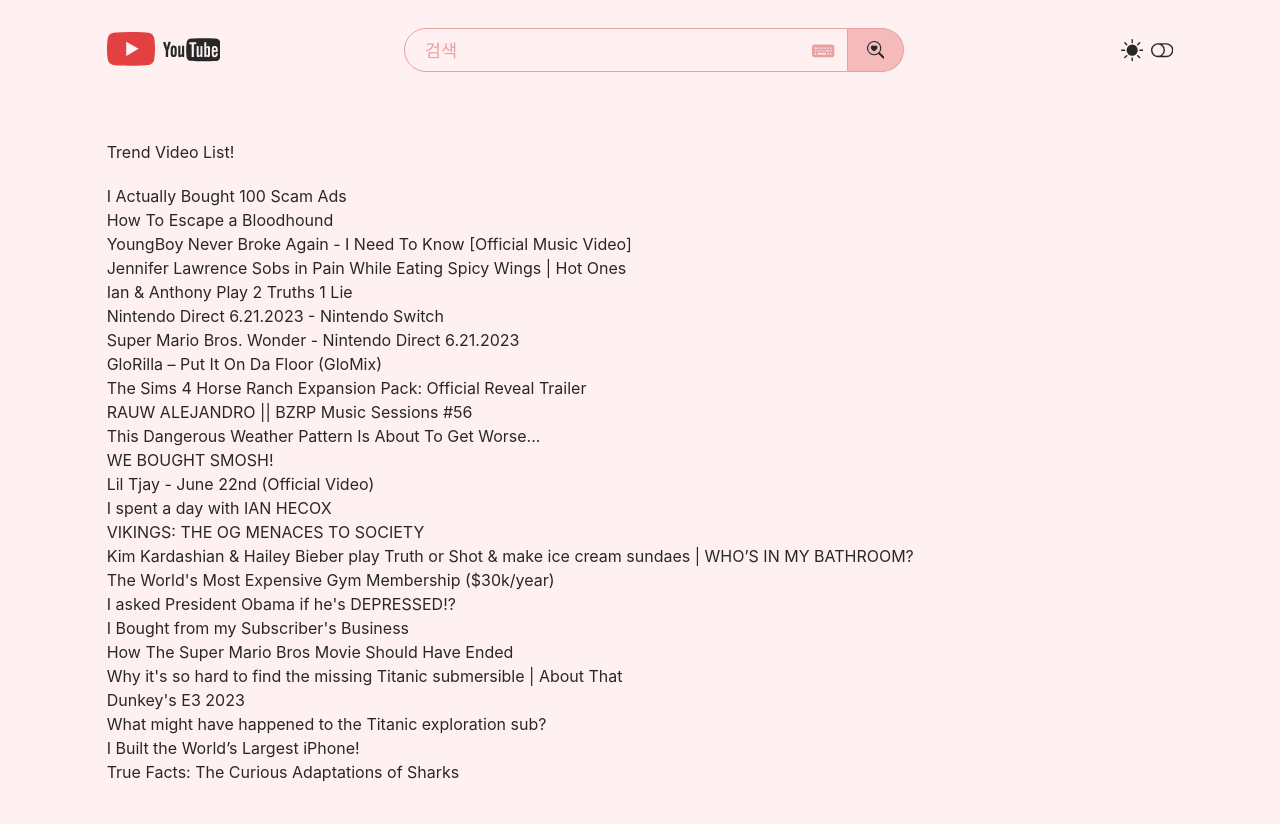
Repository: dnjfht/self-youtube
Page: /
The author's editor kept a copy of each file at every save. The page is drawn from the files as they stood at one save, then again after the next save.
The browser window is 1280 px wide. The pictures show the whole page.
The project was rebuilt for these pictures with package versions that can differ from the ones it lists, and the page was loaded fresh each time. Also part of the build but not shown: src/page/Detail.jsx, src/page/NotFoundPage.jsx.

Above is the page before, as saved 2023-06-24 18:19:28.

After the next save:
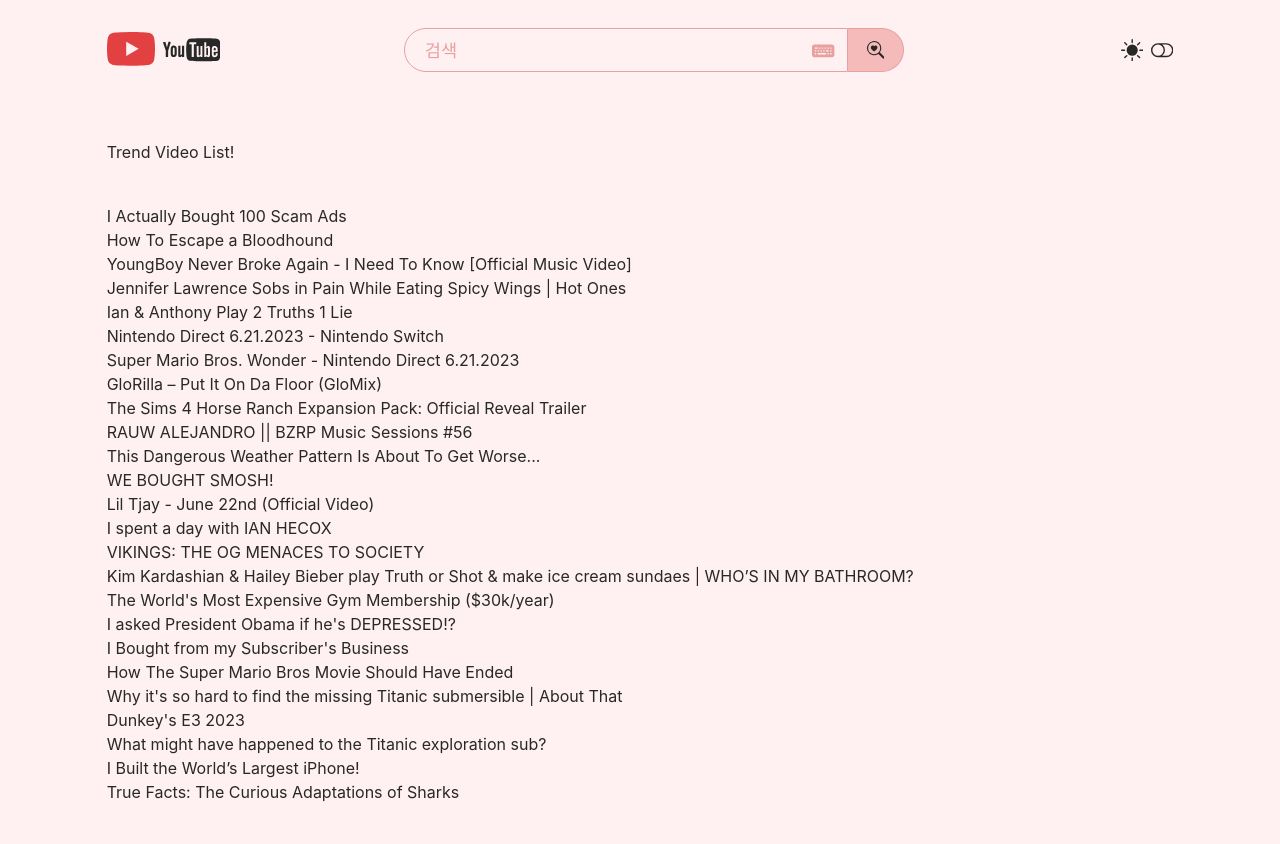
Saved 4 s later.
--- a/src/page/Videos.jsx
+++ b/src/page/Videos.jsx
@@ -25,7 +25,7 @@
         {error && <p>Error has occurred...!</p>}
         {isLoading && <p>Loading....</p>}
 
-        <h2 className="mb-5">
+        <h2 className="mb-10">
           {keyword ? `${keyword} Video List!` : "Trend Video List!"}
         </h2>
 
